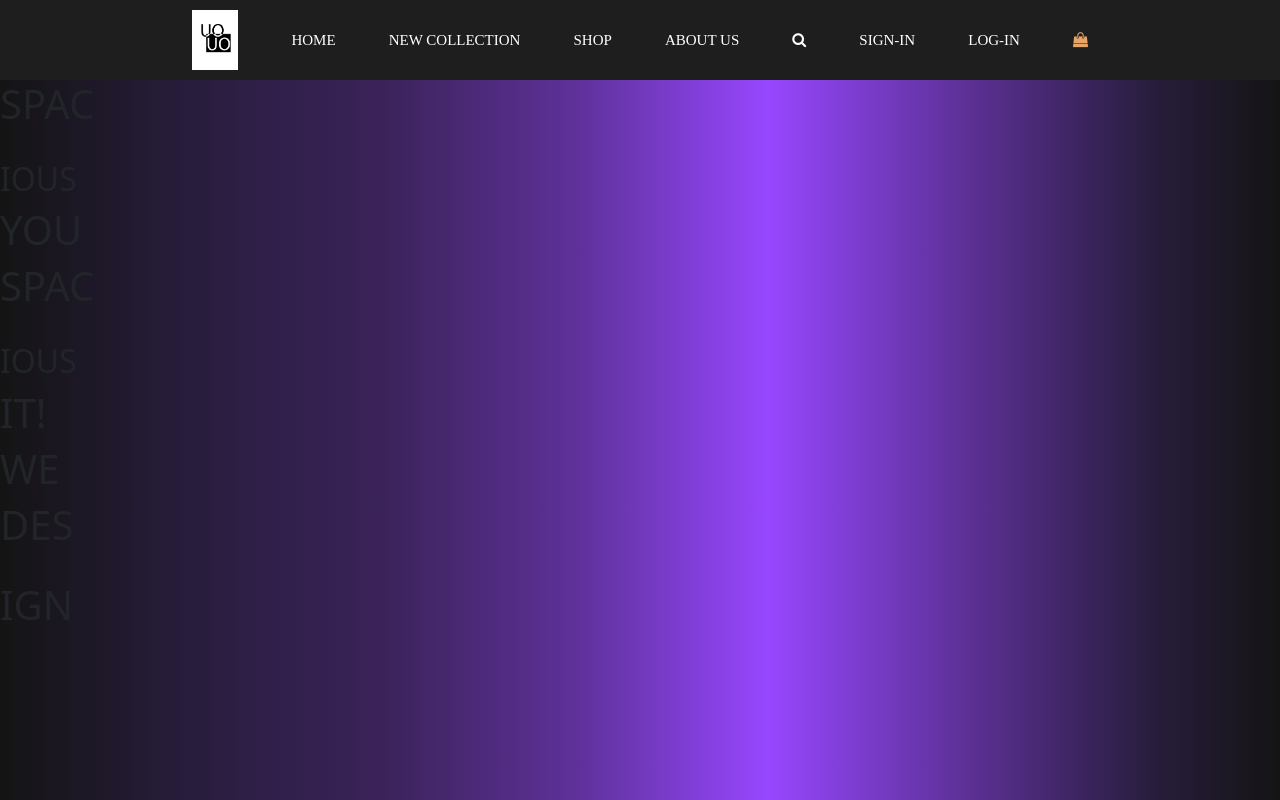
Repository: go23rishu/BagsWebsite
Page: home.html
An editor plug-in stored every save of this project. The page is shown before and after the next save, followed by the edit.
The browser window is 1280 px wide. The pictures show the whole page.
Some web fonts or font styles are not loaded; a fallback is used. Some web libraries are served in a nearby version.

Above is the page before, as saved 2023-06-21 13:58:50.

After the next save:
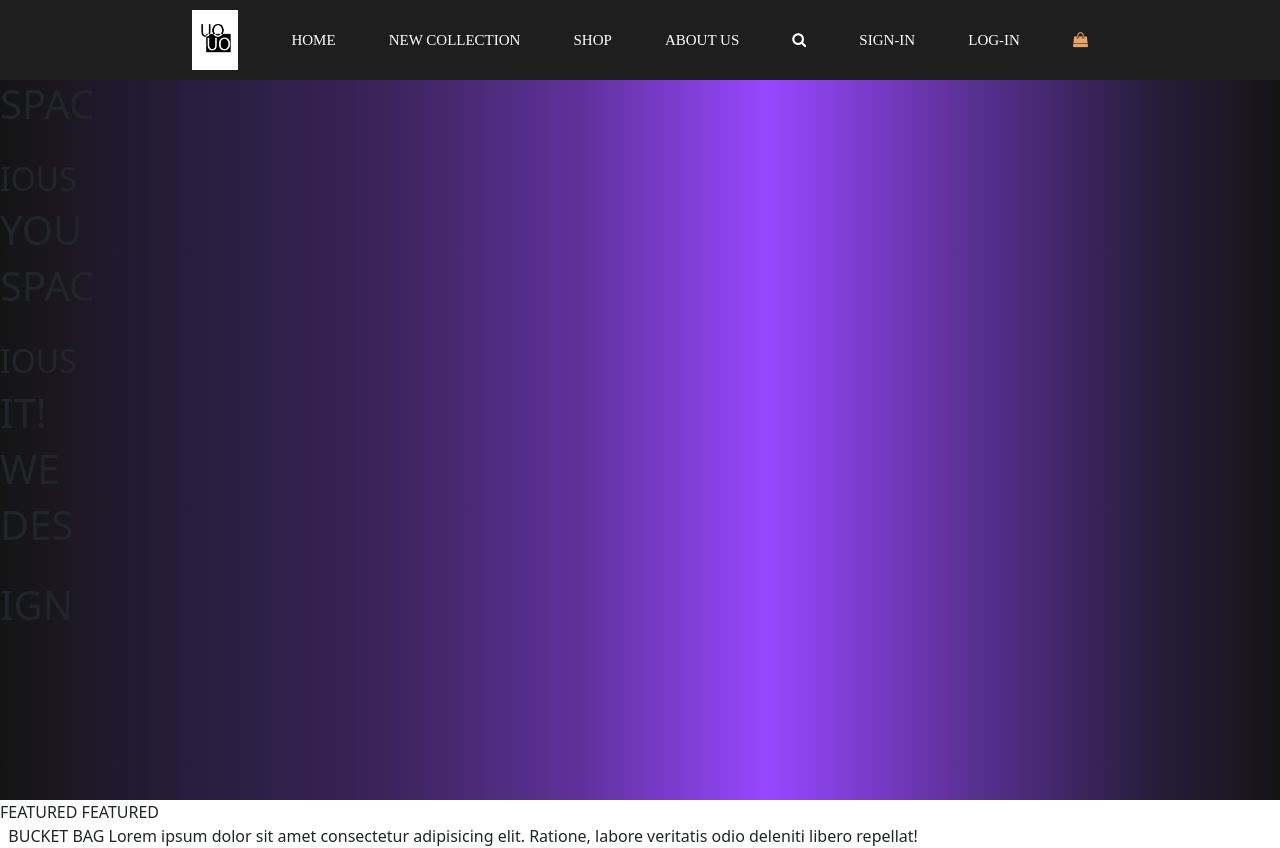
Saved 8 min 14 s later.
--- a/home.html
+++ b/home.html
@@ -71,7 +71,19 @@
             </div>
         </div>
     </div>
-
+    <div class="home-featured">
+        <span>FEATURED</span>
+        <label>FEATURED</label>
+        <div class="home-featured-shop-bags">
+            <div class="bucket-bags">
+                <img class="curved-backgrounds" src="" />
+                <img class="bucket-bag-img" src="" />
+                <label>BUCKET BAG</label>
+                <span>Lorem ipsum dolor sit amet consectetur adipisicing elit. Ratione, labore veritatis odio deleniti
+                    libero repellat!</span>
+            </div>
+        </div>
+    </div>
 </body>
 
 </html>
